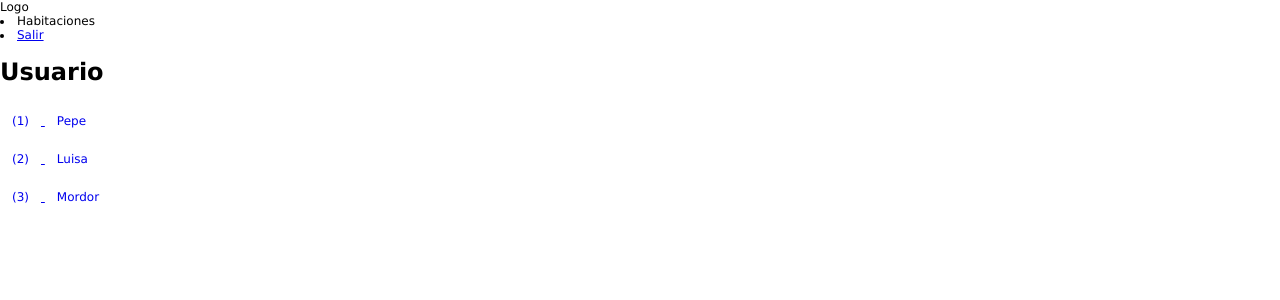
Repository: anagut/java-web
Page: http://localhost/HelloLogin/listausuarios
These files come from the project's save history. The page is drawn as it stood at one moment and after the next save; the edit follows.
The browser window is 1280 px wide. The pictures show the whole page.
The page is served by Tomcat 9. The session is filled in as if someone had signed in: {"usuario": "testuser"}.

Above is the page before, as saved 2018-11-14 13:46:57.

After the next save:
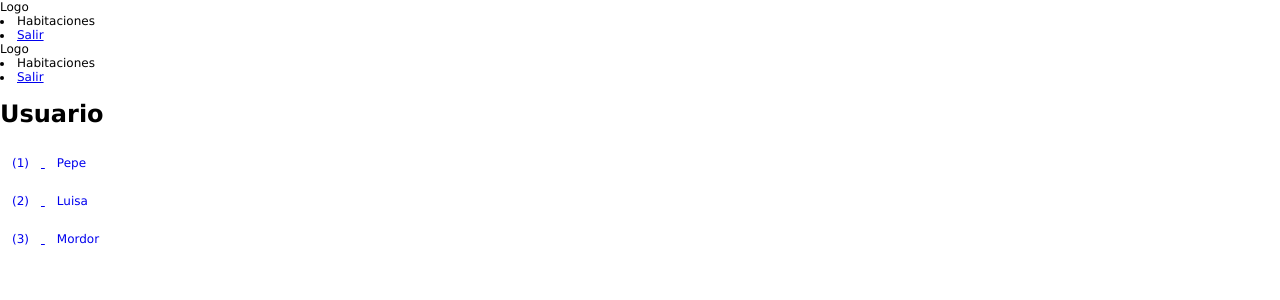
Saved 41 s later.
--- a/HelloLogin/WebContent/listausuarios.jsp
+++ b/HelloLogin/WebContent/listausuarios.jsp
@@ -11,6 +11,7 @@
 </head>
 <body>
 
+	<jsp:include page="./header.jsp"></jsp:include>
 	<jsp:include page="./header.jsp"></jsp:include>
 
 	<h1>Usuario</h1>
